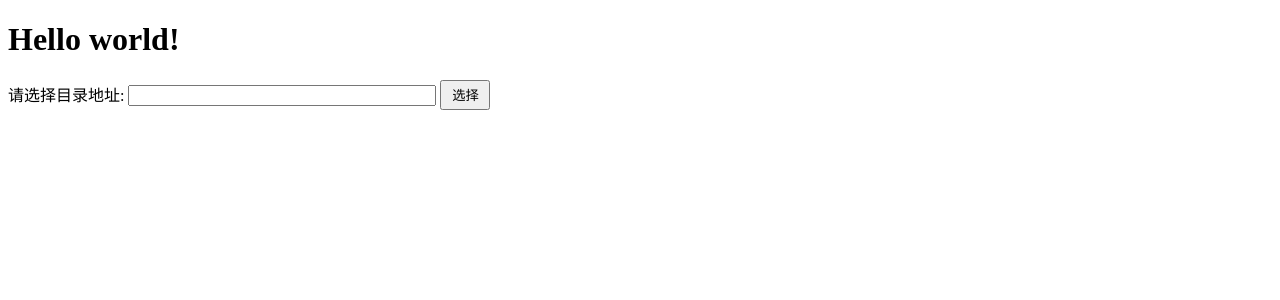
Repository: cjl1828103646/G25
Page: sqsx1/WebContent/index.html
These files come from the project's save history. The page is drawn as it stood at one moment and after the next save; the edit follows.
The browser window is 1280 px wide. The pictures show the whole page.

Above is the page before, as saved 2023-06-26 12:30:18.

After the next save:
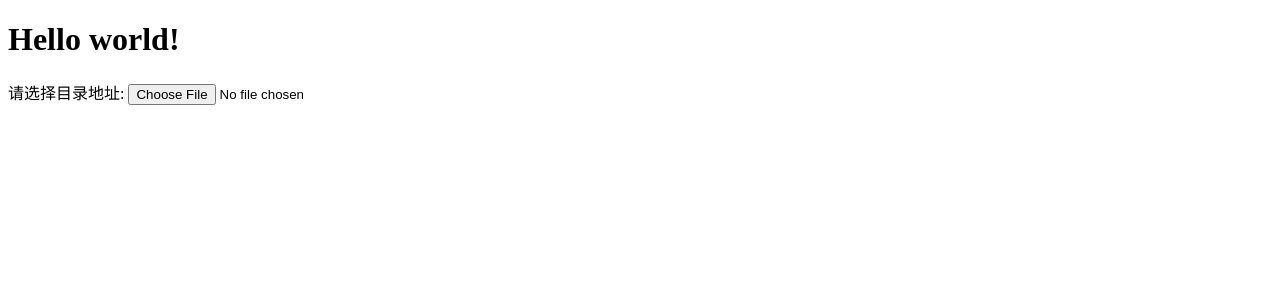
Saved 74 s later.
--- a/sqsx1/WebContent/index.html
+++ b/sqsx1/WebContent/index.html
@@ -6,6 +6,6 @@
 </head>
 <body>
 <h1>Hello world!</h1>
-<p>请选择目录地址:  <input type="text" style="width:300px;">  <button type="file" id=bt1 style="height:30px;width:50px;">选择</button></p>
+<p>请选择目录地址:  <input type="file" >
 </body>
 </html>
